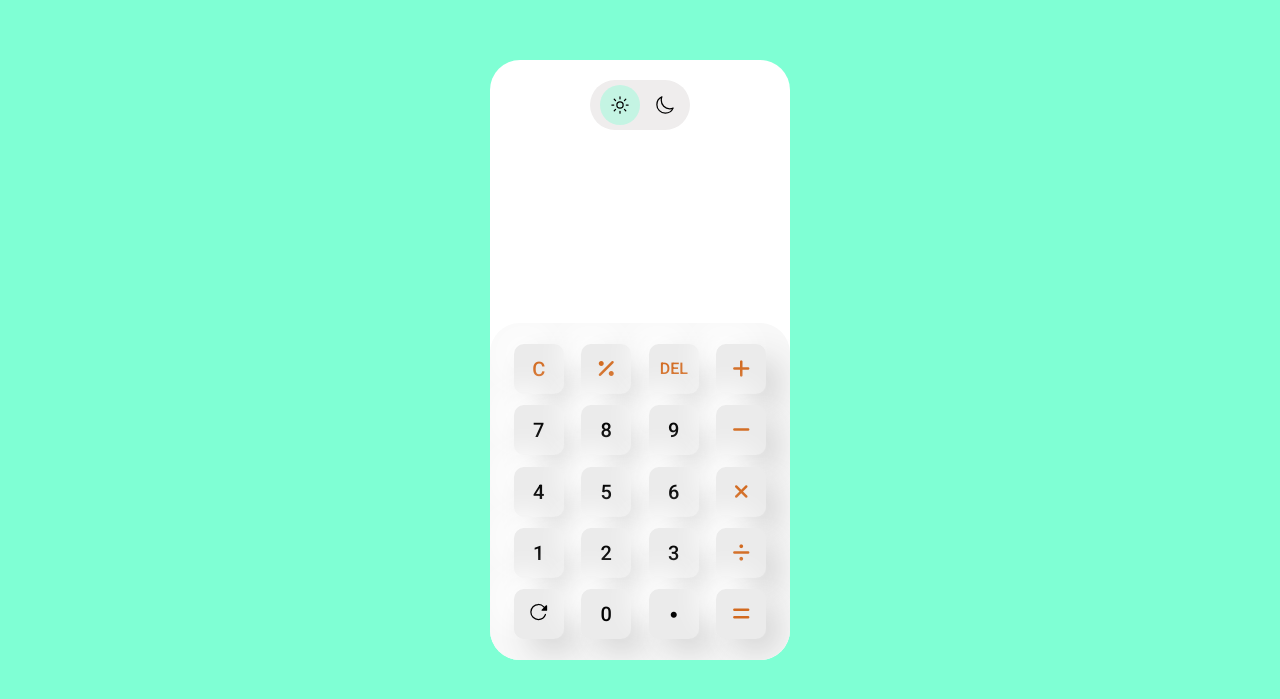
Repository: dinhtri123/caculator-app
Page: index.html
The author's editor kept a copy of each file at every save. The page is drawn from the files as they stood at one save, then again after a run of saves.
The browser window is 1280 px wide. The pictures show the whole page.

Above is the page before, as saved 2023-01-03 21:09:02.

After the next 3 saves:
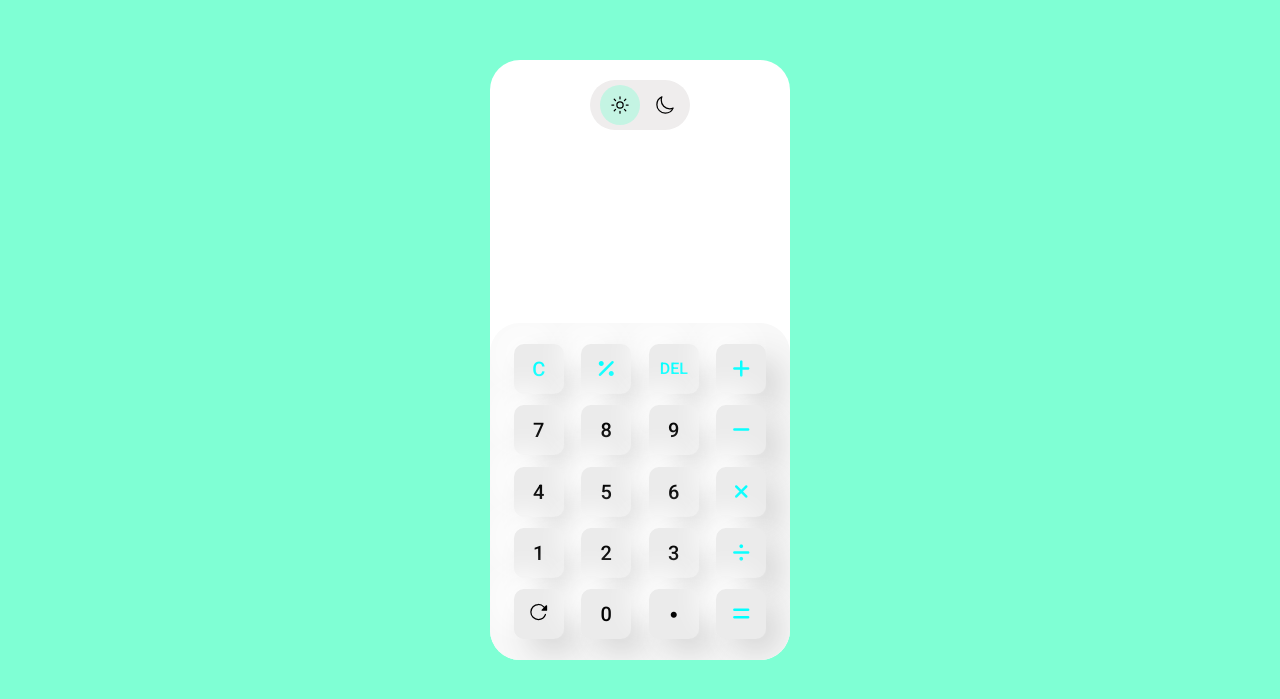
The 3 saves are shown as one change because they came seconds apart.
The last was saved 16 s later.
--- a/style.css
+++ b/style.css
@@ -118,6 +118,6 @@
 .operator {
   color: chocolate;
 }
-.oparator:nth-child(1), .oparator:nth-child(2), .oparator:nth-child(3){
+.operator:nth-child(1), .oparator:nth-child(2), .oparator:nth-child(3){
     color:aqua
 }

After the 2 saves that followed:
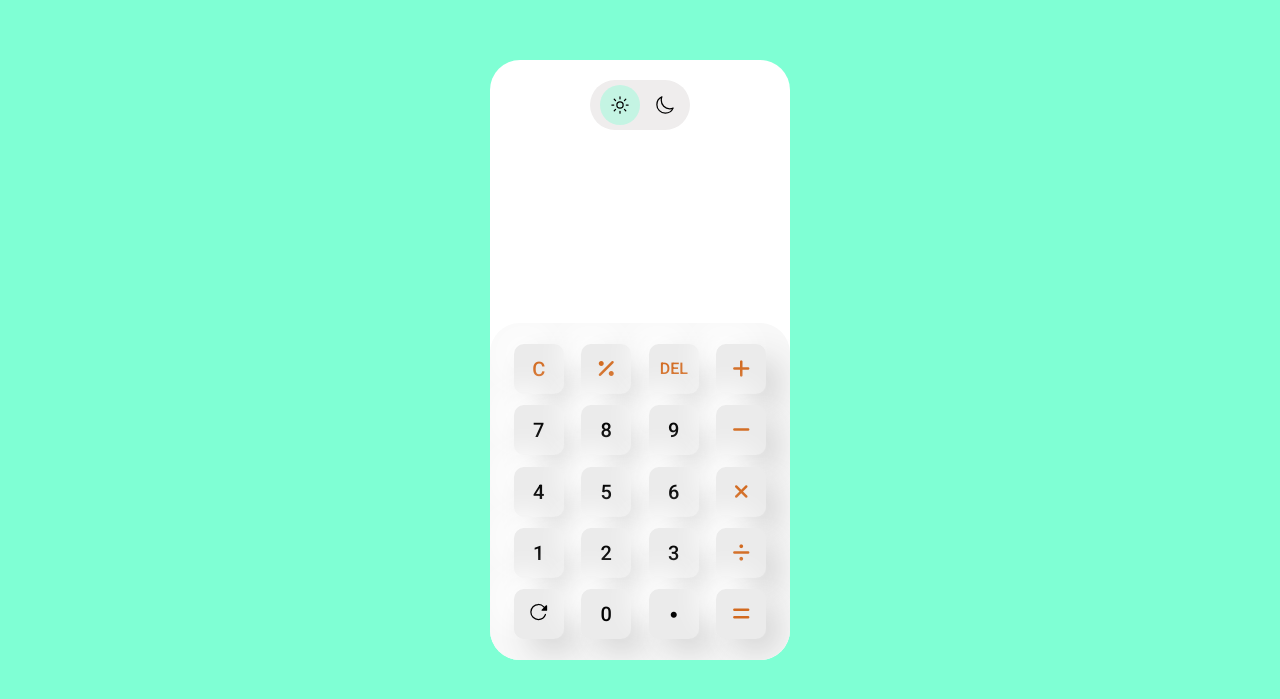
The 2 saves are shown as one change because 1 left the picture as it was.
The last was saved 19 s later.
--- a/style.css
+++ b/style.css
@@ -118,6 +118,3 @@
 .operator {
   color: chocolate;
 }
-.operator:nth-child(1), .oparator:nth-child(2), .oparator:nth-child(3){
-    color:aqua
-}
